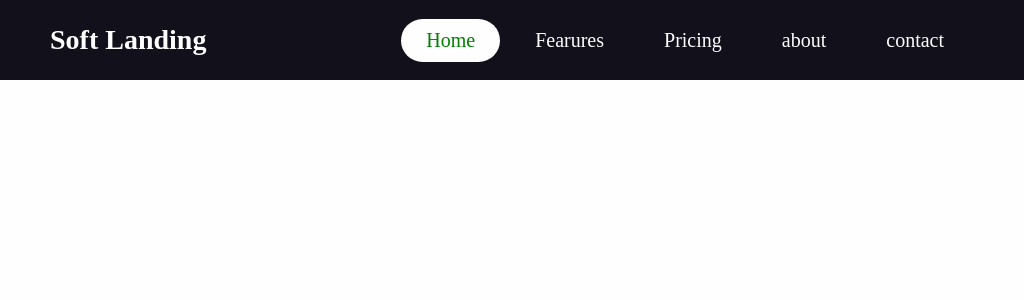
Repository: AMIT1439027/Gobbart-task
Page: index.html
An editor plug-in stored every save of this project. The page is shown before and after the next save, followed by the edit.
The browser window is 1024 px wide. The pictures show the whole page.

Above is the page before, as saved 2024-04-20 14:25:08.

### index.html
<!DOCTYPE html>
<html lang="en">
<head>
    <meta charset="UTF-8">
    <meta name="viewport" content="width=device-width, initial-scale=1.0">
    <title>Document</title>
    <link rel="stylesheet" href="style.css">
</head>
<body>
    <header>
        <div class="logo">Soft Landing</div>
        <div class="humburger">
            <div class="line"></div>
            <div class="line"></div>
            <div class="line"></div>
        </div>

        <nav class="nav-bar">
            <ul>
                <li>
                    <a href="" class="active">Home</a>
                </li>
                <li>
                    <a href="">Fearures</a>

                </li>
                <li>
                    <a href="">Pricing</a>

                </li>
                <li>
                    <a href="">about</a>
                </li>
                <li>
                    <a href="">contact</a>
                </li>
            </ul>
        </nav>
    </header>
</body>
</html>

### style.css
*{
    margin: 0;
    padding:0;
    list-style: none;
    text-decoration: none;
    font-family: Google Sans Regular;
    box-sizing:border-box;
}

body{
    background:#fefefe;

}

header{
    width: 100%;
    height: 80px;
    background:#11101b;
    display: flex;
    align-items: center;
    justify-content: space-between;
    padding: 0 100px;

}

.logo{
    font-size:28px;
    font-weight: bold;
    color:#fefefe;
}

.humburger{
    display: none;

}

.nav-bar ul{
 display: flex;
}

.nav-bar ul li a{
    display: block;
    color:#fefefe;
    font-size: 20px;
    padding: 10px 25px;
    border-radius:50px;
    transition: 0.2s;
    margin: 0 5px;

}

.nav-bar ul li a:hover{
    color:#11101b;
    background:#fefefe;
}

.nav-bar ul li a.active{
    color:green;
    background:#fefefe;

}

@media only screen and (max-width:1320px){
    header{
        padding: 0 50px;
    }
}

@media only screen and (max-width:1100px){
    header{
        padding: 0 50px;
    }
}

After the next save:
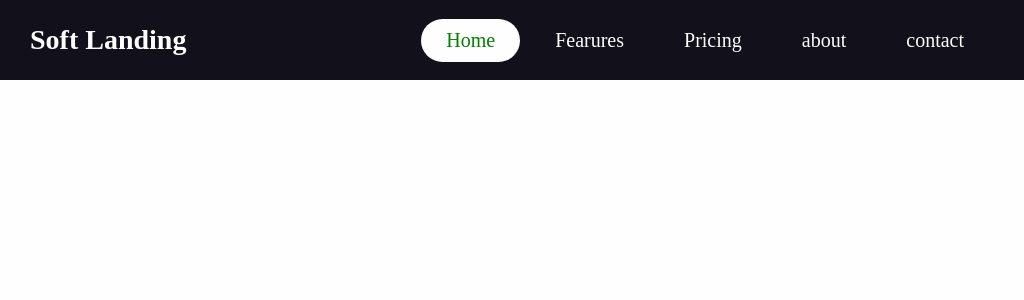
Saved 6 s later.
--- a/style.css
+++ b/style.css
@@ -68,6 +68,6 @@
 
 @media only screen and (max-width:1100px){
     header{
-        padding: 0 50px;
+        padding: 0 30px;
     }
 }
